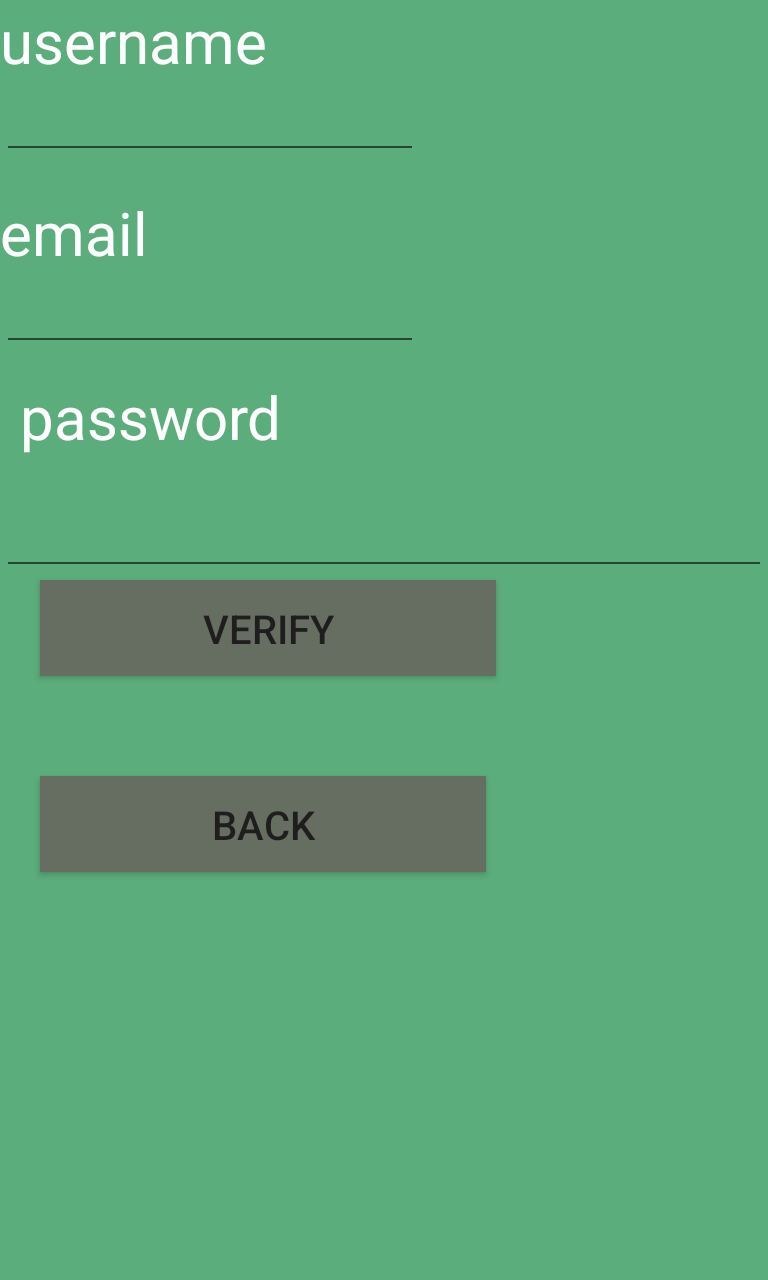
Repository: janemuthoni/icon
Layout: Exam/res/layout/login.xml
An editor plug-in stored every save of this project. The layout is shown before and after the next save, followed by the edit.
It is drawn on a 768 x 1280 px phone screen (xhdpi) without system bars, with theme AppTheme; the app's code is not run.

Above is the layout before, as saved 2014-08-07 09:15:04.

After the next save:
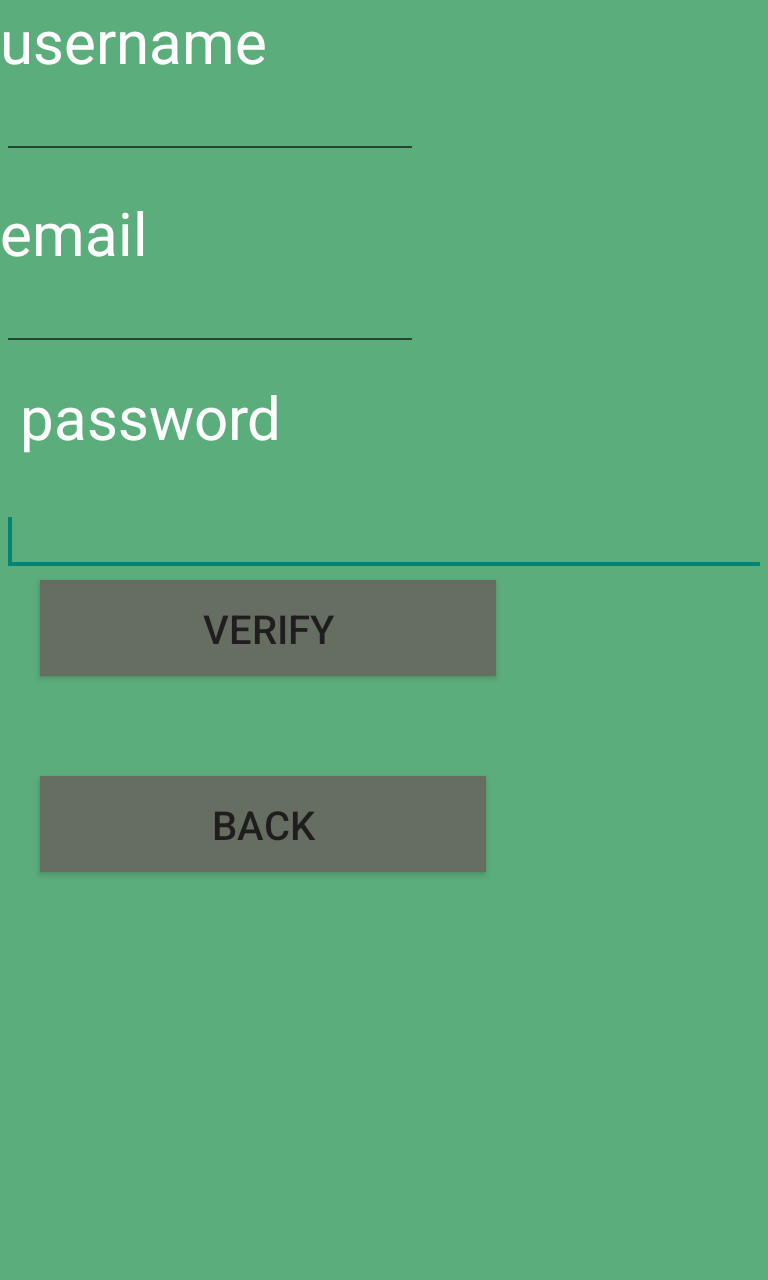
Saved 65 s later.
--- a/Exam/res/layout/login.xml
+++ b/Exam/res/layout/login.xml
@@ -44,13 +44,16 @@
      android:textColor="@color/white"
      android:layout_margin="10dp"/>
 
-      <EditText
-     android:id="@+id/editText2"
-     android:layout_width="match_parent"
-     android:layout_height="wrap_content"
-     android:ems="10"
-     android:inputType="textPassword"
-     android:layout_marginTop="10dp" />
+   <EditText
+       android:id="@+id/editText2"
+       android:layout_width="match_parent"
+       android:layout_height="wrap_content"
+       android:layout_marginTop="10dp"
+       android:ems="10"
+       android:inputType="textPassword" >
+
+       <requestFocus />
+   </EditText>
 
       <Button
           android:id="@+id/buttonverify"
